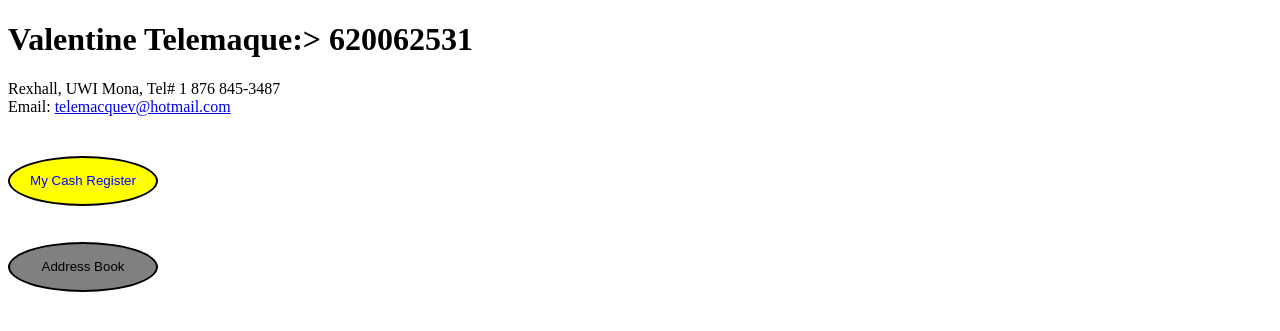
Repository: telemacquev/info2180project1
Page: index.html
The author's editor kept a record of every edit. The page is drawn from the files as they stood at one moment, then again after the next edit.
The browser window is 1280 px wide. The pictures show the whole page.

Above is the page before.

### index.html
<!DOCTYPE html>
<html>
    <head>
        <link type="text/css" rel="stylesheet" href="stylesheet.css"/>
		<title> INFO2180project1</title>

        <script type="text/javascript" src="script01.js" ></script>
        <script type="text/javascript" src="script02.js" ></script>
    </head>
    <body>
    	<div id="heading"> <h1> Valentine Telemaque:> 620062531 </h1> </div>

		<div id="contact"> <p> Rexhall, UWI Mona, Tel# 1 876 845-3487 <br>
		Email: <a href="mailto:telemacquev@hotmai.com?Subject=Interview%20shortlist" target="_top">
		telemacquev@hotmail.com</a> </p> </div>

	<br> <br>



        <input id="button01" type="button" onclick="runMe()" value="My Cash Register">
        <br> <br> <br>
        <input id="button02" type="button" onclick="runMe2()" value="Address Book">
    </body>
</html>

### stylesheet.css

#heading {
    width:70%;
    height: auto;
}

#contact {
    width: 40%;
    height: 40px;
}


#button01, #button02  {
   width: 150px;
   height: 50px;
   background-color: gray;
   color:black;
   border-radius: 99%;
   border: 2px solid black;
}

#button01, #button02:hover {
   background-color: yellow;
   color: blue;
}


a:hover {
     text-decoration:none;
     background-color:yellow;
     color:#302013;
     font-family: Cursive, Arial;
}

### script01.js
function StaffMember(name,discountPercent){
    this.name = name;
    this.discountPercent = discountPercent;
}

var sally = new StaffMember("Sally",5);
var bob = new StaffMember("Bob",10);

// Create yourself again as 'me' with a staff discount of 20%
var me = new StaffMember("Valentine Telemaque",20);

var cashRegister = {
    total:0,
    lastTransactionAmount: 0,
    add: function(itemCost){
        this.total += (itemCost || 0);
        this.lastTransactionAmount = itemCost;
    },
    scan: function(item,quantity){
        switch (item){
        case "eggs": this.add(0.98 * quantity); break;
        case "milk": this.add(1.23 * quantity); break;
        case "magazine": this.add(4.99 * quantity); break;
        case "chocolate": this.add(0.45 * quantity); break;
        }
        return true;
    },
    voidLastTransaction : function(){
        this.total -= this.lastTransactionAmount;
        this.lastTransactionAmount = 0;
    },
    applyStaffDiscount: function(employee)     { this.total *= ((100 - employee.discountPercent)/100);
    }
};

cashRegister.scan('eggs',1);
cashRegister.scan('milk',1);
cashRegister.scan('magazine',3);
// Apply your staff discount by passing the 'me' object
cashRegister.applyStaffDiscount(me);


function runMe() {
    alert ('Your bill is $'+cashRegister.total.toFixed(2));
}

### script02.js
var bob = {
    firstName: "Bob",
    lastName: "Jones",
    phoneNumber: "(650) 777-7777",
    email: "bob.jones@example.com"
};

var mary = {
    firstName: "Mary",
    lastName: "Johnson",
    phoneNumber: "(650) 888-8888",
    email: "mary.johnson@example.com"
};

var contacts = [bob, mary];

function printPerson(person) {
    alert(person.firstName + " " + person.lastName);
}

function list() {
	var contactsLength = contacts.length;
	for (var i = 0; i < contactsLength; i++) {
		printPerson(contacts[i]);
	}
}

function search(lname) {
	for (var i = 0; i < contacts.length; i++) {
		if (contacts[i].lastName===lname) {
		    printPerson(contacts[i]);
		}
	}
}

function add(firstName, lastName, email, phoneNumber) {
    contacts[contacts.length] = {
    firstName: firstName,
    lastName: lastName,
    phoneNumber: phoneNumber,
    email: email
    };
};


function runMe2() {
    add("Leon","Jones","leon@gmail.com","(845) 848-9585");
    list();
}

After the next edit:
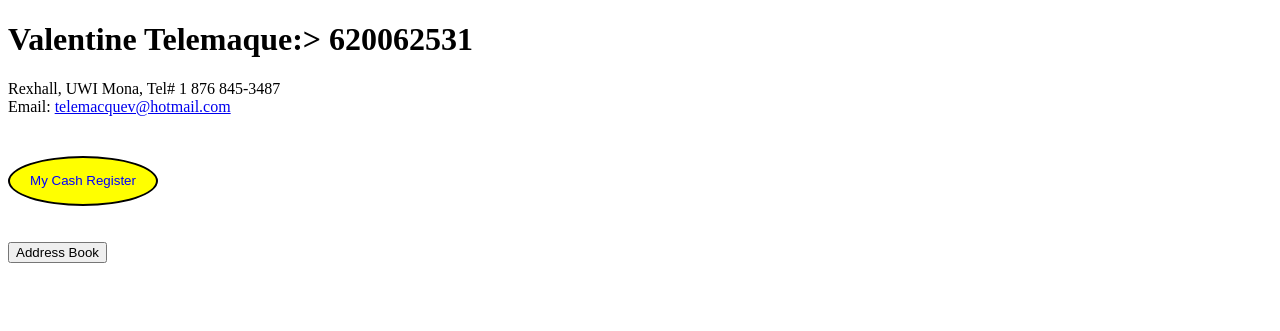
The edit:
--- a/stylesheet.css
+++ b/stylesheet.css
@@ -10,7 +10,7 @@
 }
 
 
-#button01, #button02  {
+#button01  {
    width: 150px;
    height: 50px;
    background-color: gray;
